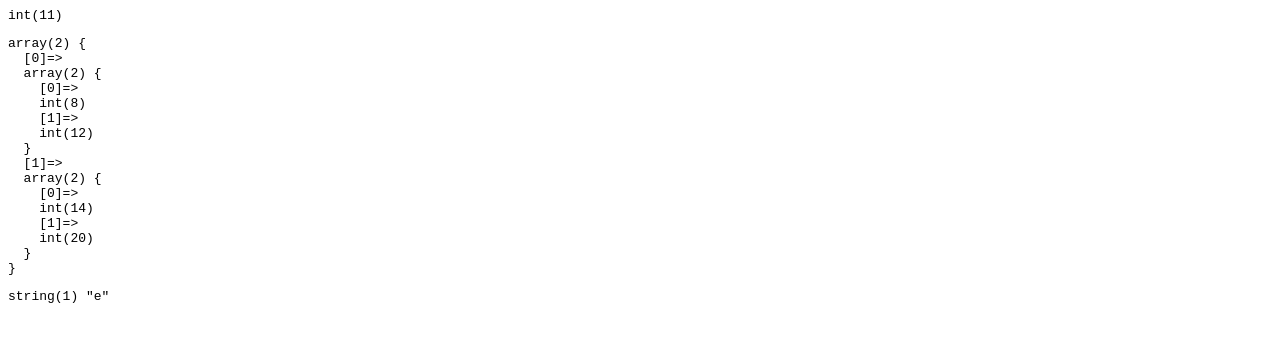
Repository: Alex-Serky/Backend_PHP
Page: http://localhost/contact.php
An editor plug-in stored every save of this project. The page is shown before and after the next save, followed by the edit.
The browser window is 1280 px wide. The pictures show the whole page.
The page is run by PHP 8.4 with error messages shown; the project is at /var/www/html/.

Above is the page before, as saved 2020-07-20 22:05:41.

### contact.php
<?php

$title = 'Nous contacter !';
require_once 'config.php';
require_once 'functions.php';
$heure = (int)date('G'); // Récupérer l'heure d'aujourd'hui
$creneaux = CRENEAUX[date('N') - 1]; // Récupérer les créneaux d'aujourd'hui $creneaux
dump($heure);
dump($creneaux);
dump('e');
exit();
$ouvert = in_creneaux($heure, $creneaux); // Récupérer l'état d'ouverture du magasin
require 'header.php';

?>

<div class="row">
    <div class="col-md-8">
        <h2>Nous contacter !</h2>
        <p>
            Lorem ipsum dolor sit amet consectetur adipisicing elit. A autem at id,
            nobis ex sapiente ullam necessitatibus deserunt, sit ea est ipsum quia minus
            assumenda perspiciatis ad mollitia, dolorum distinctio.
        </p>
    </div>
    <div class="col-md-4">
        <h3>Horaire d'ouvertures</h3>
        <div class="alert alert-success">
            Le magasin est ouvert.
        </div>
        <div class="alert alert-danger">
            Le magasin est fermé.
        </div>
        <ul>
            <?php foreach(JOURS as $k => $jour): ?>
                <li <?php if($k + 1 === (int)date('N')): ?> style="color:green"<?php endif ?>>
                    <strong><?= $jour ?> :</strong>
                    <?= creneaux_html(CRENEAUX[$k]); ?>
                </li>
            <?php endforeach; ?>
        </ul>
    </div>

</div>

<?php require 'footer.php'; ?>

### config.php
<?php

define('JOURS', [
    'Lundi',
    'Mardi',
    'Mercredi',
    'Jeudi',
    'Vendredi',
    'Samedi',
    'Dimanche'
]);

define('CRENEAUX', [
    0 => [
        [8, 12],
        [14, 20]
    ],
    [
        [8, 12],
        [14, 20]
    ],
    [
        [8, 12]
    ],
    [
        [8, 12],
        [14, 20]
    ],
    [
        [8, 12],
        [14, 21]
    ],
    [],
    []
]);

### functions.php
<?php

function nav_item(string $lien, string $titre, string $linkClass = ''): string
{
    $classe = 'nav-item';
    if ($_SERVER['SCRIPT_NAME'] === $lien) {
        $classe .= ' active';
    }
    return <<<HTML
        <li class="$classe">
            <a class="$linkClass" href="$lien">$titre</a>
        </li>
HTML;
}

function nav_menu(string $linkClass = ''): string
{
    return
        nav_item('/Backend_PHP/index.php', 'Accueil', $linkClass) .
        nav_item('/Backend_PHP/contact.php', 'Contact', $linkClass);
}

function dump($variable){
    echo '<pre>';
        var_dump($variable);
    echo '</pre>';
}

function creneaux_html($creneaux){
    if (empty($creneaux)) {
        return 'Fermé';
    }
    $phrases = [];
    foreach ($creneaux as $creneau) {
        $phrases[] = "
            <strong>{$creneau[0]}h</strong>
            à
            <strong>{$creneau[1]}h</strong>
            ";
    }
    return 'Ouvert de ' . implode(' et ', $phrases);
}

function in_creneaux(int $heure, array $creneaux): bool {

}

After the next save:
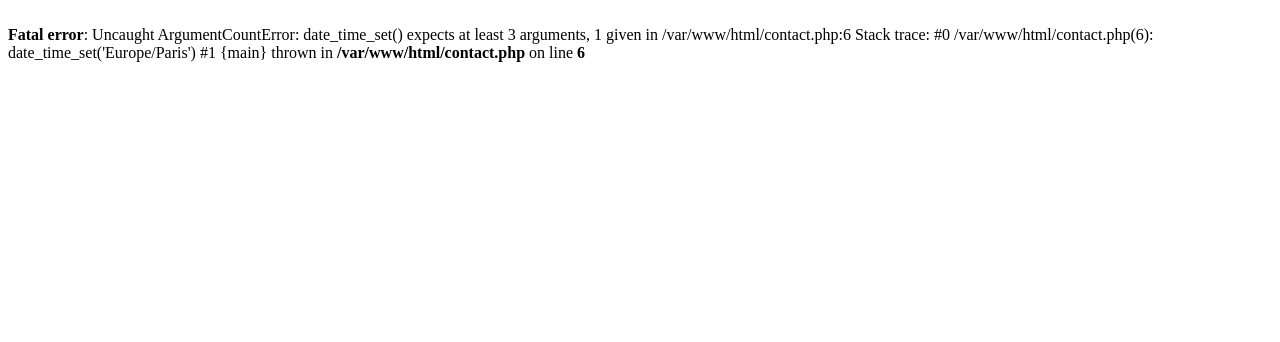
Saved 7 min 36 s later.
--- a/contact.php
+++ b/contact.php
@@ -3,6 +3,7 @@
 $title = 'Nous contacter !';
 require_once 'config.php';
 require_once 'functions.php';
+date_time_set('Europe/Paris');
 $heure = (int)date('G'); // Récupérer l'heure d'aujourd'hui
 $creneaux = CRENEAUX[date('N') - 1]; // Récupérer les créneaux d'aujourd'hui $creneaux
 dump($heure);

After the save that followed:
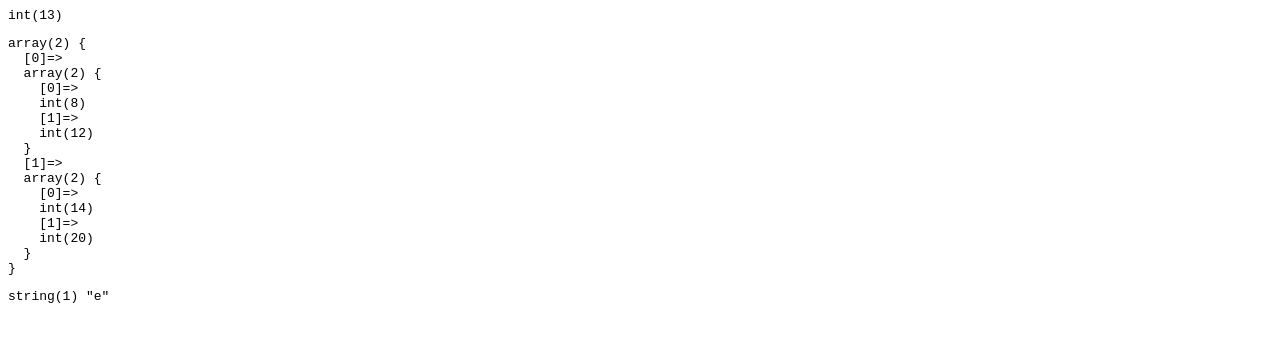
Saved 3 min 8 s later.
--- a/contact.php
+++ b/contact.php
@@ -3,7 +3,7 @@
 $title = 'Nous contacter !';
 require_once 'config.php';
 require_once 'functions.php';
-date_time_set('Europe/Paris');
+date_default_timezone_set('Europe/Paris');
 $heure = (int)date('G'); // Récupérer l'heure d'aujourd'hui
 $creneaux = CRENEAUX[date('N') - 1]; // Récupérer les créneaux d'aujourd'hui $creneaux
 dump($heure);
